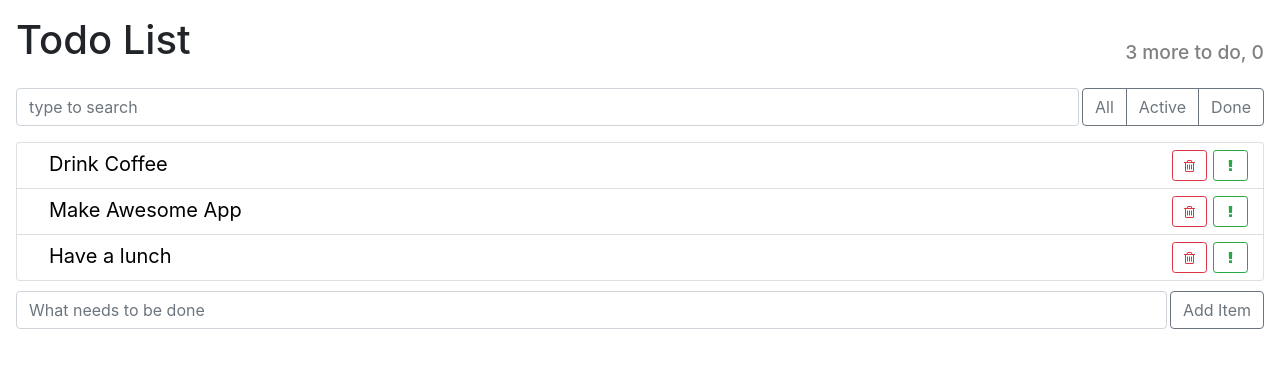
Repository: max535/react-todo-list
Page: /
These files come from the project's save history. The page is drawn as it stood at one moment and after the next save; the edit follows.
The browser window is 1280 px wide. The pictures show the whole page.
The project was rebuilt for these pictures with package versions that can differ from the ones it lists, and the page was loaded fresh each time.

Above is the page before, as saved 2022-01-22 19:59:40.

After the next save:
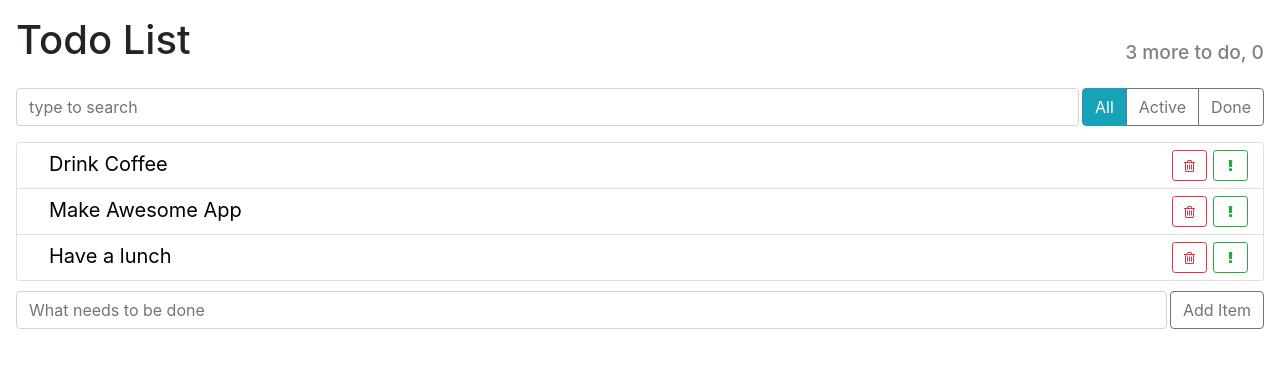
Saved 22 s later.
--- a/src/components/App/index.jsx
+++ b/src/components/App/index.jsx
@@ -18,7 +18,7 @@ export class App extends React.Component {
             this.createTodoItem('Have a lunch'),
         ],
         term: '',
-        filter: 'app',
+        filter: 'all',
     };
 
     createTodoItem(label) {
